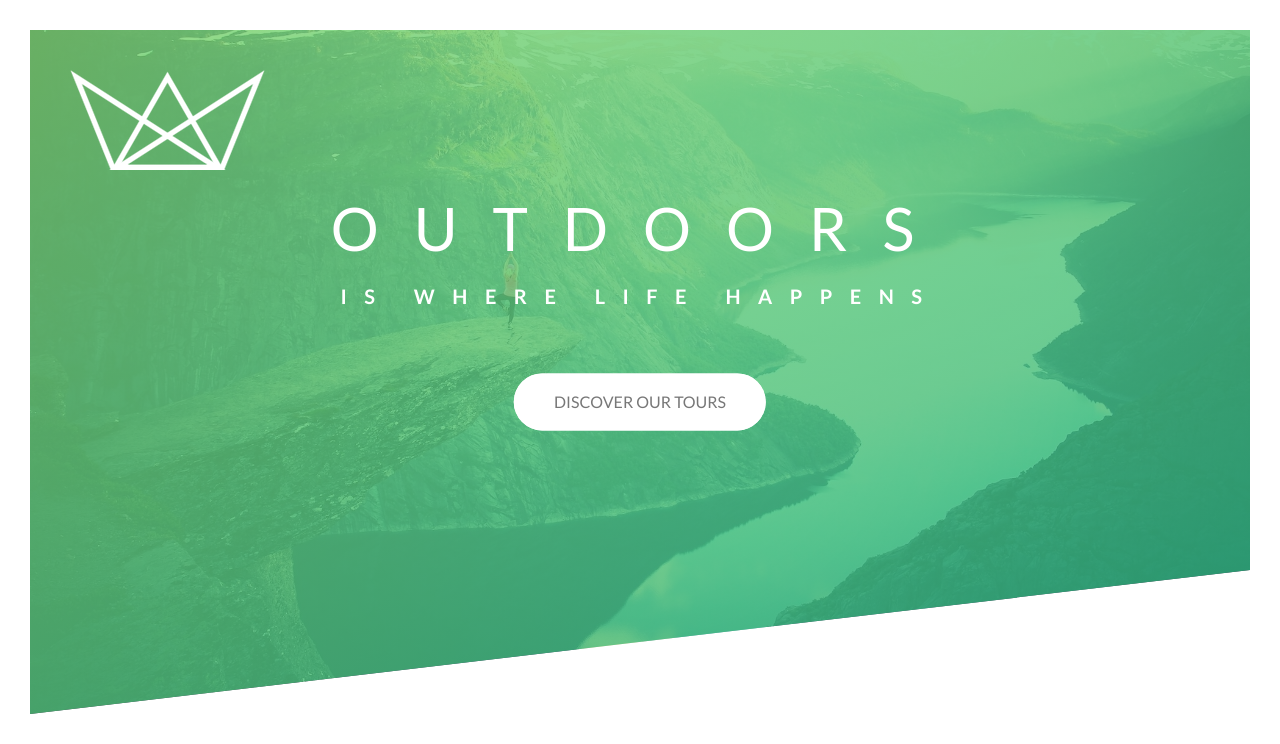
Repository: MalgorzataMazur/Natours
Page: index.html
These files come from the project's save history. The page is drawn as it stood at one moment and after the next save; the edit follows.
The browser window is 1280 px wide. The pictures show the whole page.

Above is the page before, as saved 2020-01-14 20:50:46.

After the next save:
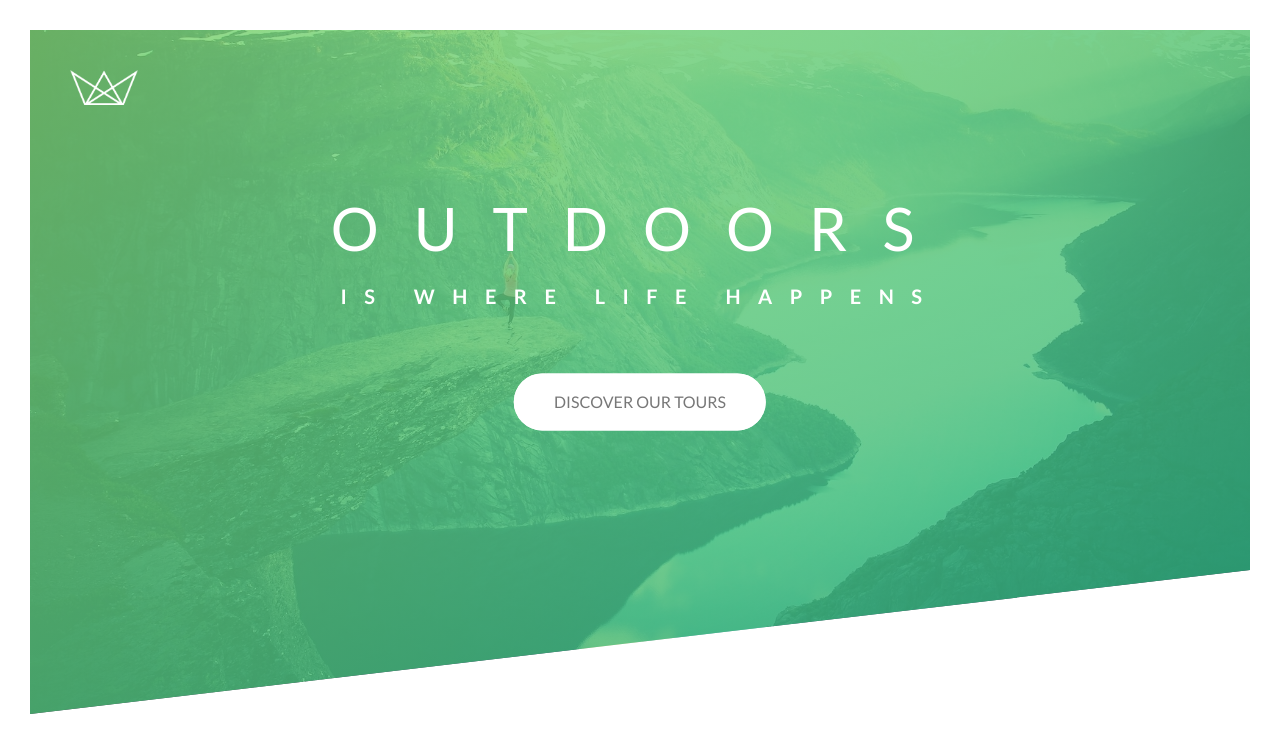
Saved 3 min 41 s later.
--- a/css/style.css
+++ b/css/style.css
@@ -52,7 +52,7 @@ body {
 }
 
 .header__logo {
-    height: 3,5rem;
+    height: 3.5rem;
 }
 
 .header__text-box {
